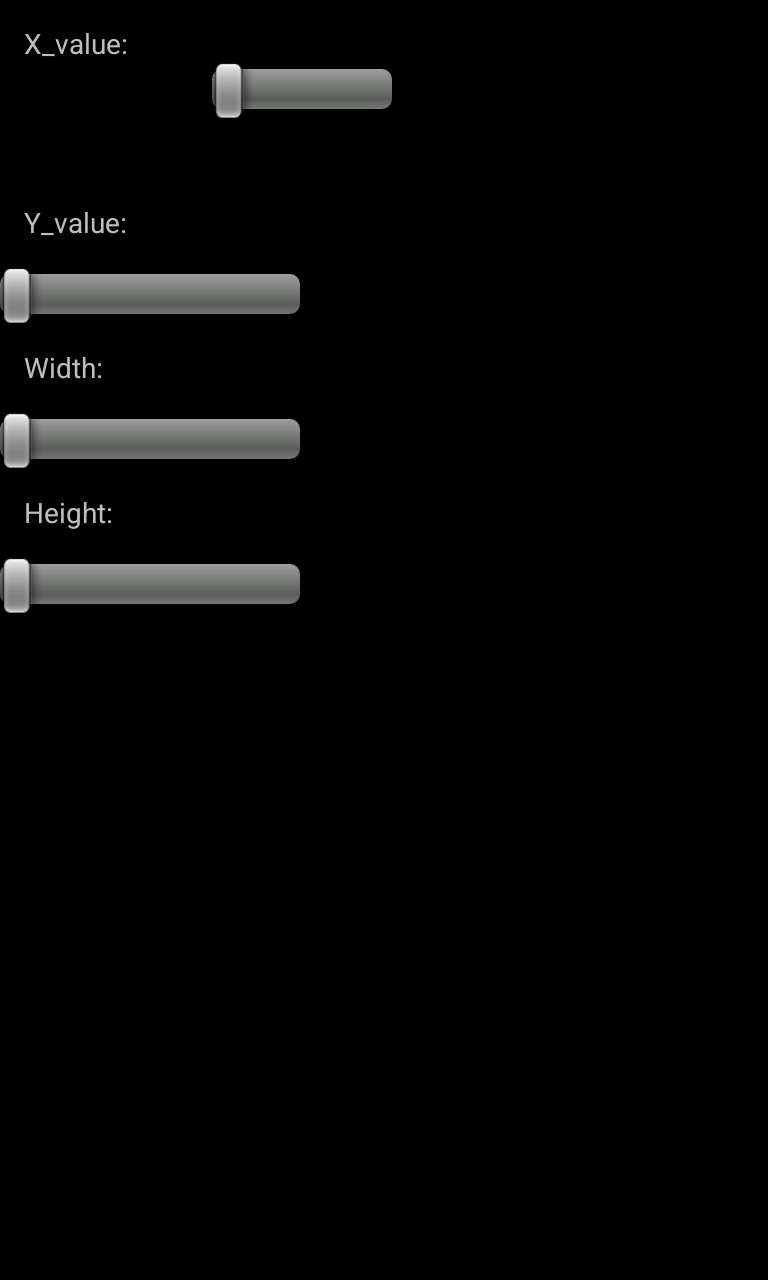
Repository: hzhang15/AndroidForm
Layout: workspace/demo_form_field/res/layout/test.xml
The author's editor kept a copy of each file at every save. The layout is drawn from the files as they stood at one save, then again after the next save.
It is drawn on a 768 x 1280 px phone screen (xhdpi) without system bars, with theme android:Theme; the app's code is not run.

Above is the layout before, as saved 2014-09-21 05:49:59.

After the next save:
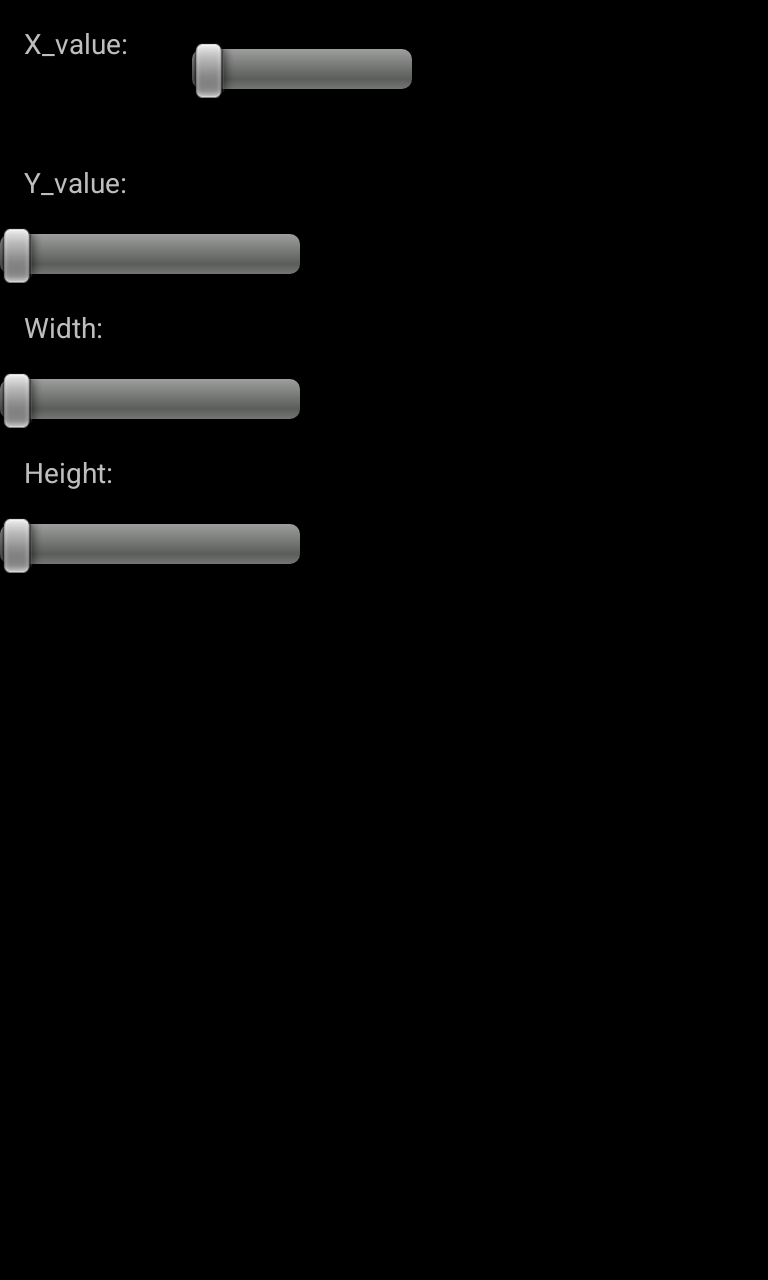
Saved 20 s later.
--- a/workspace/demo_form_field/res/layout/test.xml
+++ b/workspace/demo_form_field/res/layout/test.xml
@@ -22,7 +22,7 @@
         android:id="@+id/seekBar1"
         android:layout_width="150dp"
         android:layout_height="wrap_content"
-        android:padding="30dp"
+        android:padding="20dp"
         android:max="100"/>
     </LinearLayout>
 
